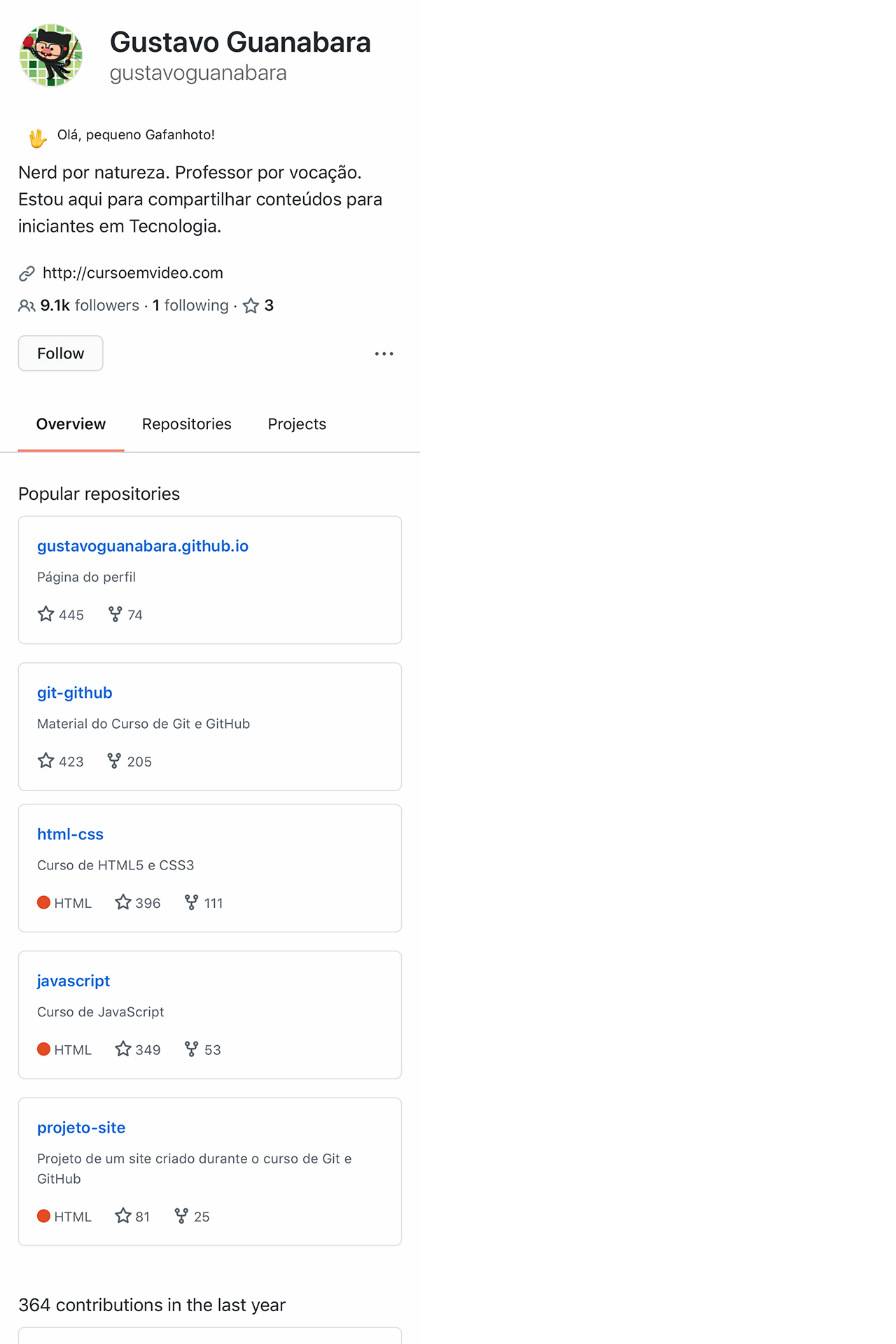
Repository: DorivalJunior14/Projeto-social
Page: github.html
These files come from the project's save history. The page is drawn as it stood at one moment and after a run of saves; the edit follows.
The browser window is 1280 px wide. The pictures show the part of the page from y = 0 to 1920 px (the page is 2280 px tall before and 4699 px after), at 70% of full size.

Above is the page before, as saved 2022-07-06 10:10:30.

### github.html
<!DOCTYPE html>
<html lang="en">
<head>
    <meta charset="UTF-8">
    <meta name="viewport" content="width=device-width, initial-scale=1.0">
    <title>GitHub</title>
    <style>
        * {
            margin: 0px;
            padding: 0px;
            font-family: Arial, Helvetica, sans-serif;
        }
        ::-webkit-scrollbar {
            width: 0px;
            height: 0px;
        }
        img {
            width: 100;

        }

      a {
        display: block;
        background-color: rgba(165, 42, 42, 0.915);
        color: white;
        padding: 20px;
        text-align: center;
        font-weight: bolder;
        text-decoration: none;
}
a:hover {
    background-color: red;
}
    </style>
</head>
<body>
    <img src="imagens/tela-github.jpg"alt="GitHub">
    <a href="https://github.com/gustavoguanabara"target="_blank">ACESSE</a>
</body>
</html>

After the next 3 saves:
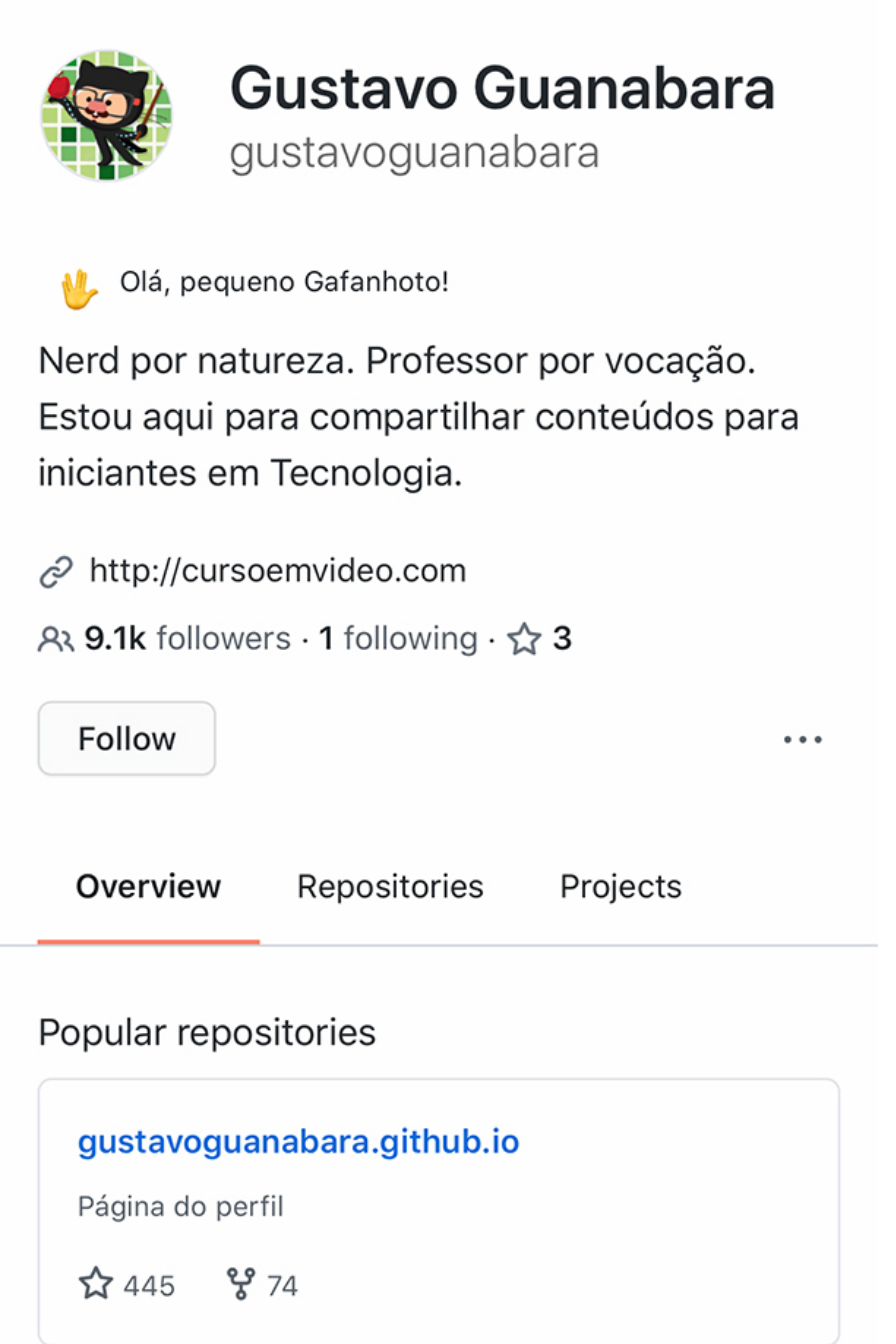
The 3 saves are shown as one change because they came seconds apart.
The last was saved 9 s later.
--- a/github.html
+++ b/github.html
@@ -15,7 +15,7 @@
             height: 0px;
         }
         img {
-            width: 100;
+            width: 98%;
 
         }
 
